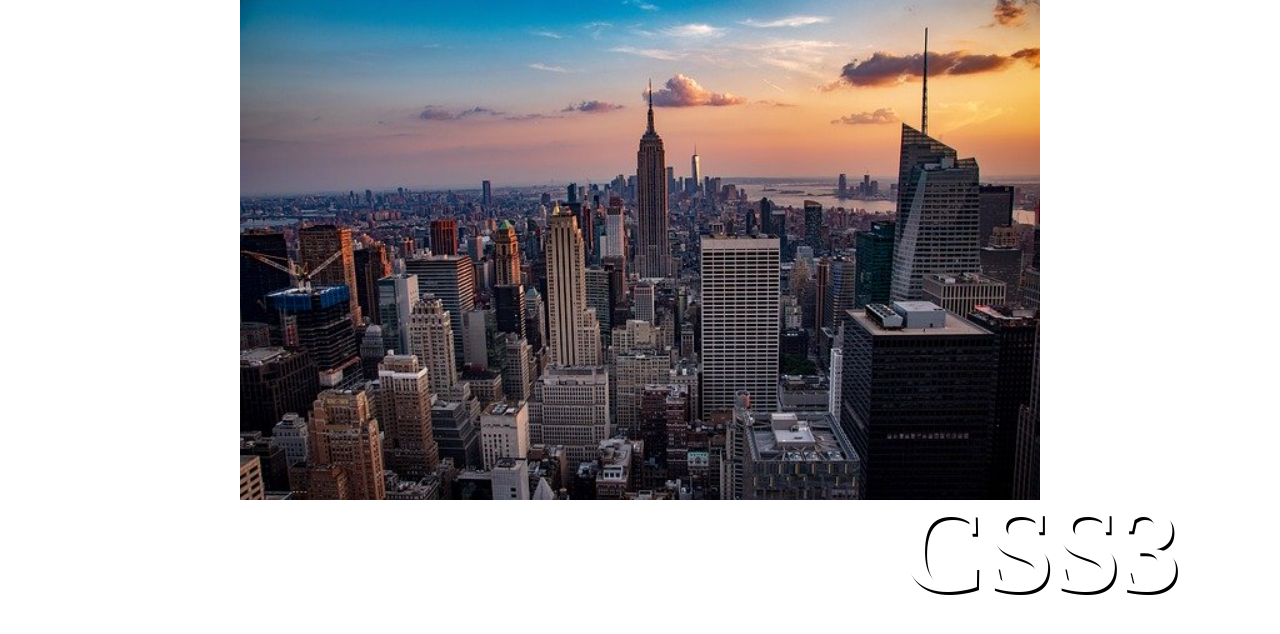
Repository: topyoungil/CodeMemories-ByJake
Page: HTML_CSS/WebContent/test/1003_css/position-2.html
These files come from the project's save history. The page is drawn as it stood at one moment and after a run of saves; the edit follows.
The browser window is 1280 px wide. The pictures show the whole page.

Above is the page before, as saved 2022-10-03 06:56:03.

### HTML_CSS/WebContent/test/1003_css/position-2.html
<!DOCTYPE html>
<html>
<head>
<meta charset="UTF-8">
<title>Insert title here</title>
<style>
	* {
		box-sizing: border-box;
		margin: 0;
		padding: 0;
	}

	#contents {
		background: url("../images/bg.jpg") no-repeat;
		background-size: cover;
		width: 800px;
		height: 500px;
		margin: 0 auto;
		postion: relative;
	}

	h1 {
		color: #fff;
		font-size: 120px;
		text-shadow: 2px 3px 0 #000;
		position: absolute;
		right: 100px;
		bottom: 100px;
	}
</style>
</head>
<body>
	<div id="contents">
		<h1>CSS3</h1>
	</div>
</body>
</html>

After the next 2 saves:
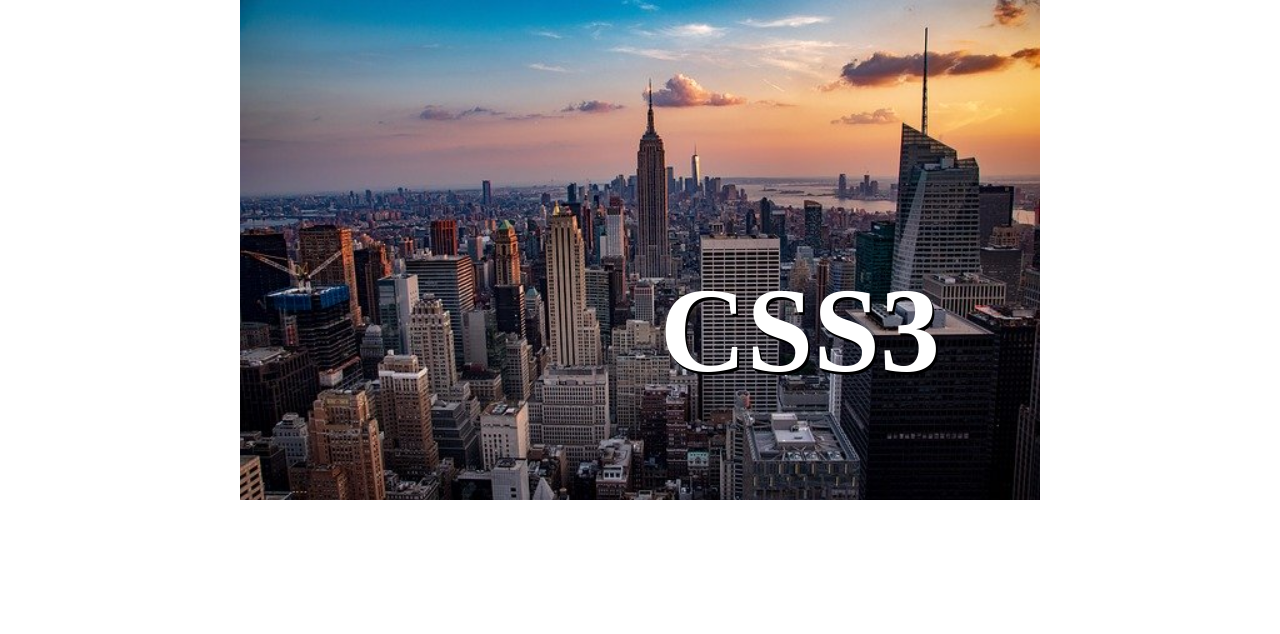
The 2 saves are shown as one change because they came seconds apart.
The last was saved 8 s later.
--- a/HTML_CSS/WebContent/test/1003_css/position-2.html
+++ b/HTML_CSS/WebContent/test/1003_css/position-2.html
@@ -16,7 +16,7 @@
 		width: 800px;
 		height: 500px;
 		margin: 0 auto;
-		postion: relative;
+		position: relative;
 	}
 
 	h1 {
